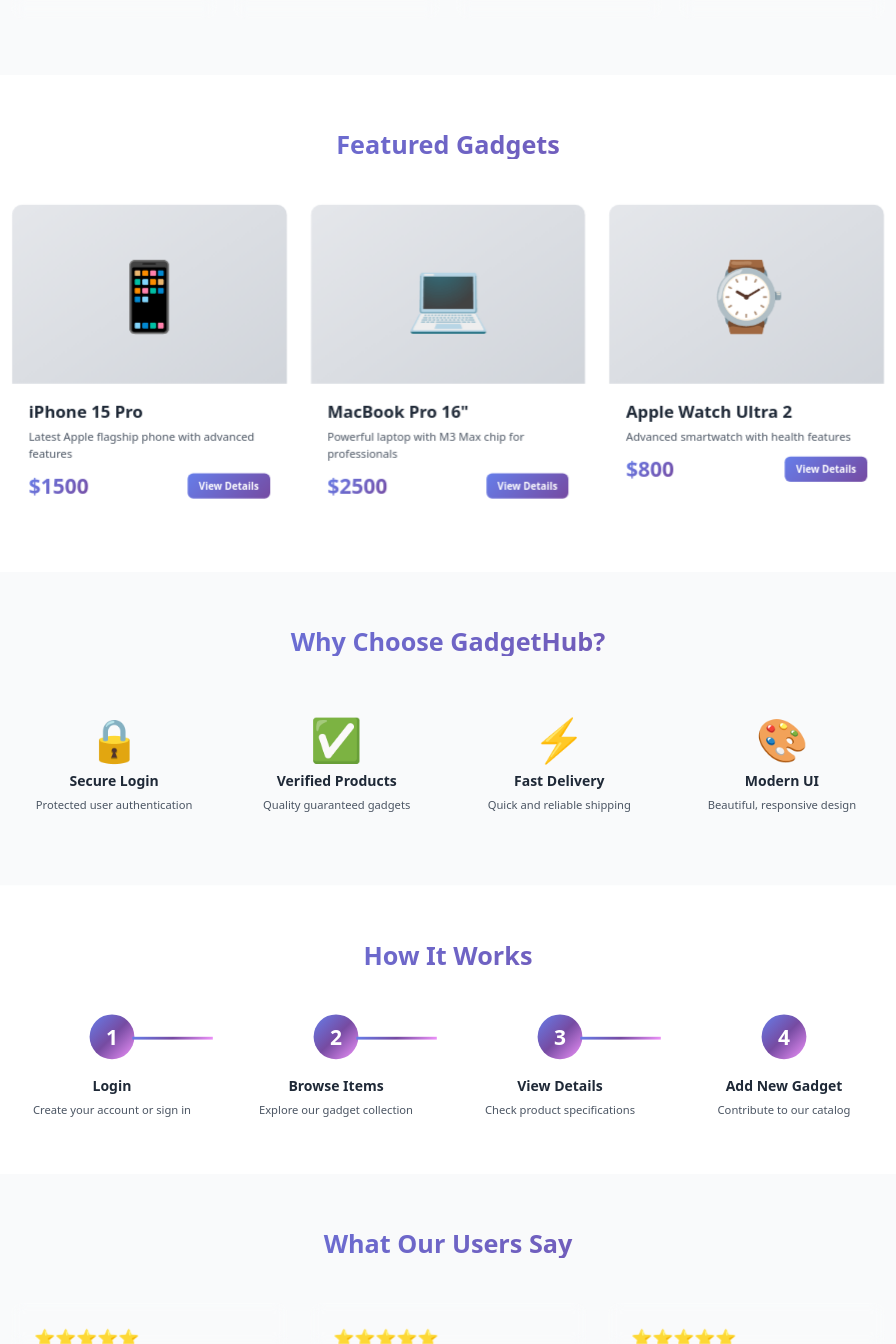
Repository: rajes124/Gadget-Next-js
Page: /
These files come from the project's save history. The page is drawn as it stood at one moment and after the next save; the edit follows.
The browser window is 1280 px wide. The pictures show the part of the page from y = 1293 to 3213 px (the page is 4213 px tall before and 4229 px after), at 70% of full size.
The project was rebuilt for these pictures with package versions that can differ from the ones it lists, and the page was loaded fresh each time. The framework's server and built-in components were replaced by stand-ins that run in the browser. Also part of the build but not shown: next.config.js.

Above is the page before, as saved 2026-01-18 11:55:01.

After the next save:
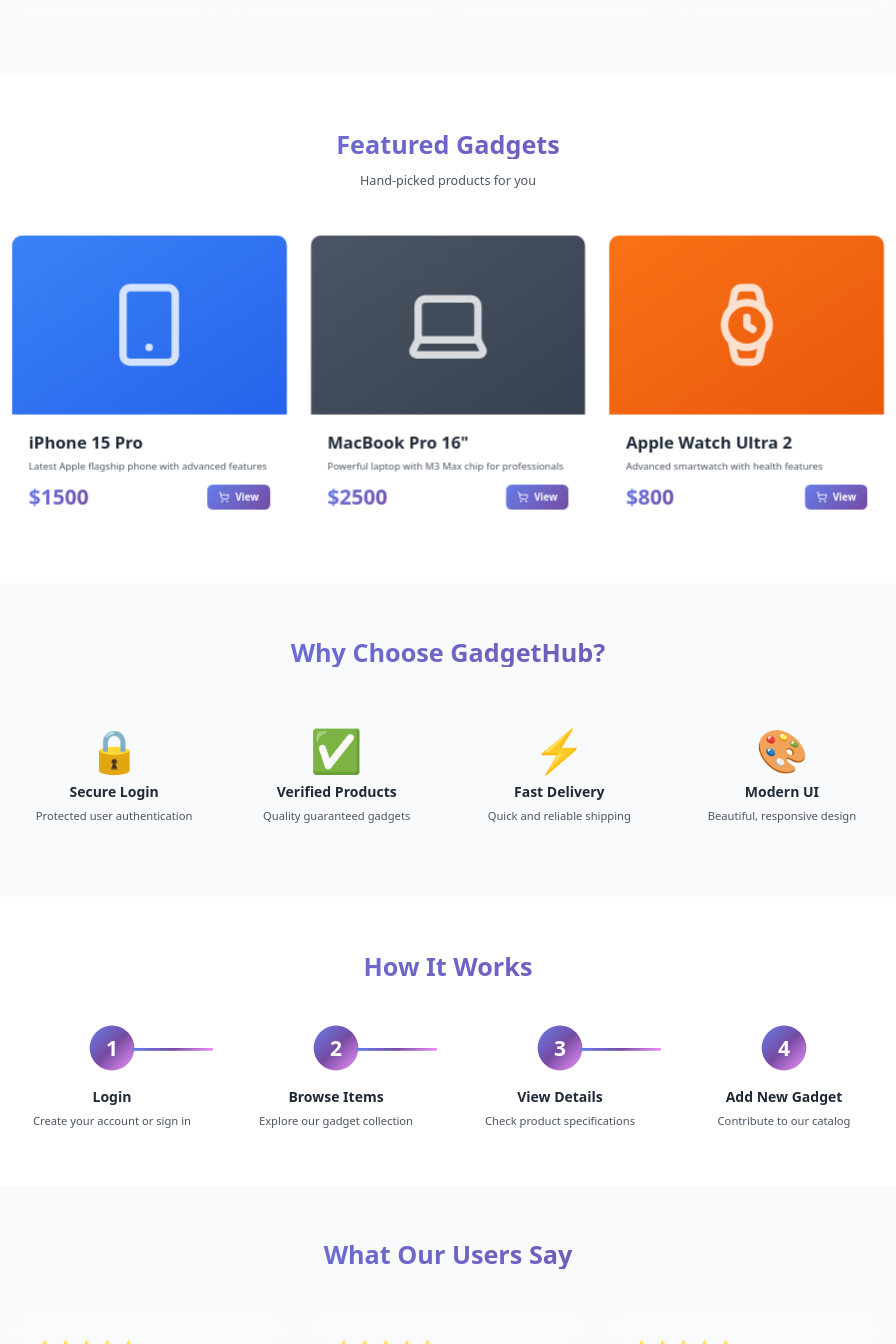
Saved 49 s later.
--- a/components/sections/FeaturedSection.tsx
+++ b/components/sections/FeaturedSection.tsx
@@ -1,6 +1,7 @@
 'use client';
 
 import Link from 'next/link';
+import { Smartphone, Laptop, Watch, ShoppingCart } from 'lucide-react';
 
 export default function FeaturedSection() {
   const featured = [
@@ -8,47 +9,61 @@
       id: '1',
       name: 'iPhone 15 Pro',
       price: 1500,
-      image: '📱',
+      icon: Smartphone,
       description: 'Latest Apple flagship phone with advanced features',
+      color: 'from-blue-500 to-blue-600',
     },
     {
       id: '2',
       name: 'MacBook Pro 16"',
       price: 2500,
-      image: '💻',
+      icon: Laptop,
       description: 'Powerful laptop with M3 Max chip for professionals',
+      color: 'from-gray-600 to-gray-700',
     },
     {
       id: '3',
       name: 'Apple Watch Ultra 2',
       price: 800,
-      image: '⌚',
+      icon: Watch,
       description: 'Advanced smartwatch with health features',
+      color: 'from-orange-500 to-orange-600',
     },
   ];
 
   return (
     <section className="py-20 px-4 bg-white dark:bg-slate-900">
       <div className="max-w-7xl mx-auto">
-        <h2 className="text-4xl font-bold text-center mb-16 gradient-text">Featured Gadgets</h2>
+        <div className="text-center mb-16 animate-fade-in">
+          <h2 className="text-4xl font-bold mb-4 gradient-text">Featured Gadgets</h2>
+          <p className="text-gray-600 dark:text-gray-400 text-lg">Hand-picked products for you</p>
+        </div>
         <div className="grid md:grid-cols-3 gap-8">
-          {featured.map((item) => (
-            <div key={item.id} className="glass-effect rounded-2xl overflow-hidden hover:shadow-2xl transition-all">
-              <div className="bg-gradient-to-br from-gray-200 dark:from-gray-700 to-gray-300 dark:to-gray-800 h-64 flex items-center justify-center">
-                <div className="text-8xl">{item.image}</div>
-              </div>
-              <div className="p-6">
-                <h3 className="text-2xl font-bold text-gray-800 dark:text-white mb-2">{item.name}</h3>
-                <p className="text-gray-600 dark:text-gray-400 mb-4">{item.description}</p>
-                <div className="flex justify-between items-center">
-                  <span className="text-3xl font-bold gradient-text">${item.price}</span>
-                  <Link href={`/items/${item.id}`} className="gradient-btn text-white px-4 py-2 rounded-lg text-sm font-semibold">
-                    View Details
-                  </Link>
+          {featured.map((item, idx) => {
+            const IconComp = item.icon;
+            return (
+              <div
+                key={item.id}
+                className="glass-effect rounded-2xl overflow-hidden hover:shadow-2xl transition-all duration-300 transform hover:scale-105 hover:-translate-y-2 animate-slide-in-up"
+                style={{ animationDelay: `${idx * 0.1}s` }}
+              >
+                <div className={`bg-gradient-to-br ${item.color} h-64 flex items-center justify-center`}>
+                  <IconComp className="w-32 h-32 text-white opacity-80" />
+                </div>
+                <div className="p-6">
+                  <h3 className="text-2xl font-bold text-gray-800 dark:text-white mb-2">{item.name}</h3>
+                  <p className="text-gray-600 dark:text-gray-400 mb-4 text-sm">{item.description}</p>
+                  <div className="flex justify-between items-center">
+                    <span className="text-3xl font-bold gradient-text">${item.price}</span>
+                    <Link href={`/items/${item.id}`} className="gradient-btn text-white px-4 py-2 rounded-lg text-sm font-semibold hover:shadow-lg transition-all flex items-center gap-2">
+                      <ShoppingCart className="w-4 h-4" />
+                      <span>View</span>
+                    </Link>
+                  </div>
                 </div>
               </div>
-            </div>
-          ))}
+            );
+          })}
         </div>
       </div>
     </section>
